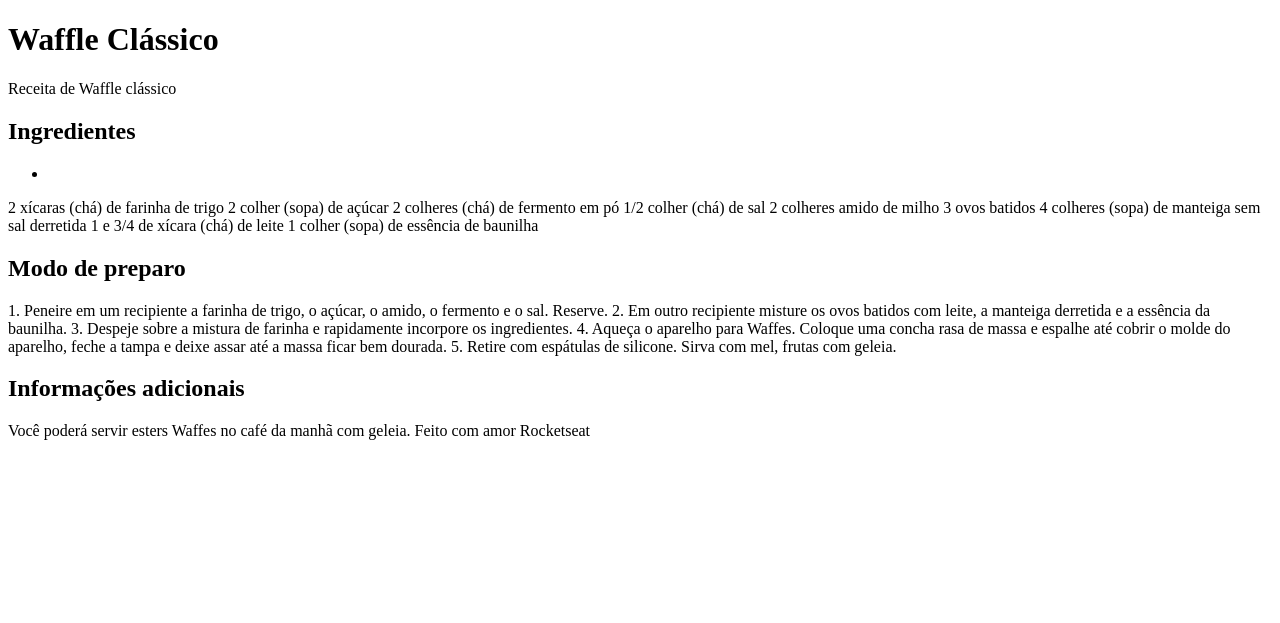
Repository: mferoc/MentoriaMais1CodeG7
Page: desafios-rocketseat-discover/Pagina_de_Receita/Página de Receita/index.html
An editor plug-in stored every save of this project. The page is shown before and after a run of saves, followed by the edit.
The browser window is 1280 px wide. The pictures show the whole page.

Above is the page before, as saved 2022-06-29 20:18:34.

### desafios-rocketseat-discover/Pagina_de_Receita/Página de Receita/index.html
<!DOCTYPE html>
<html lang="pt-br">
<head>
    <meta charset="UTF-8">
    <meta http-equiv="X-UA-Compatible" content="IE=edge">
    <meta name="viewport" content="width=device-width, initial-scale=1.0">
    <title>Página de Receita</title>
</head>
<body>

<h1>Waffle Clássico</h1>

Receita de Waffle clássico

<h2>Ingredientes</h2>

<ul>
    <li></li>
</ul>
2 xícaras (chá) de farinha de trigo
2 colher (sopa) de açúcar
2 colheres (chá) de fermento em pó
1/2 colher (chá) de sal
2 colheres amido de milho
3 ovos batidos
4 colheres (sopa) de manteiga sem sal derretida
1 e 3/4 de xícara (chá) de leite
1 colher (sopa) de essência de baunilha

<h2>Modo de preparo</h2>

1. Peneire em um recipiente a farinha de trigo, o açúcar, o amido, o fermento e o sal. Reserve.
2. Em outro recipiente misture os ovos batidos com leite, a manteiga derretida e a essência da baunilha.
3. Despeje sobre a mistura de farinha e rapidamente incorpore os ingredientes.
4. Aqueça o aparelho para Waffes. Coloque uma concha rasa de massa e espalhe até cobrir o molde do aparelho, feche a tampa e deixe assar até a massa ficar bem dourada.
5. Retire com espátulas de silicone. Sirva com mel, frutas com geleia.

<h2>Informações adicionais</h2>

Você poderá servir esters Waffes no café da manhã com geleia.

Feito com amor Rocketseat


</body>
</html>

After the next 2 saves:
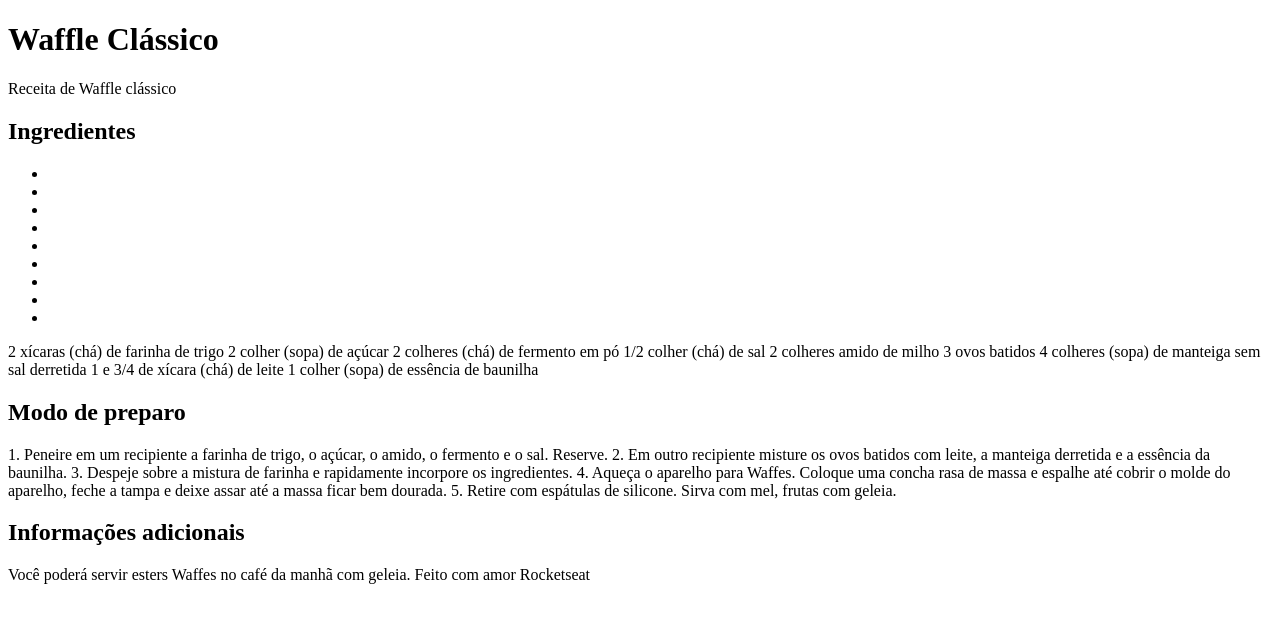
The 2 saves are shown as one change because they came seconds apart.
The last was saved 7 s later.
--- a/desafios-rocketseat-discover/Pagina_de_Receita/Página de Receita/index.html
+++ b/desafios-rocketseat-discover/Pagina_de_Receita/Página de Receita/index.html
@@ -15,6 +15,14 @@
 <h2>Ingredientes</h2>
 
 <ul>
+    <li></li>
+    <li></li>
+    <li></li>
+    <li></li>
+    <li></li>
+    <li></li>
+    <li></li>
+    <li></li>
     <li></li>
 </ul>
 2 xícaras (chá) de farinha de trigo
